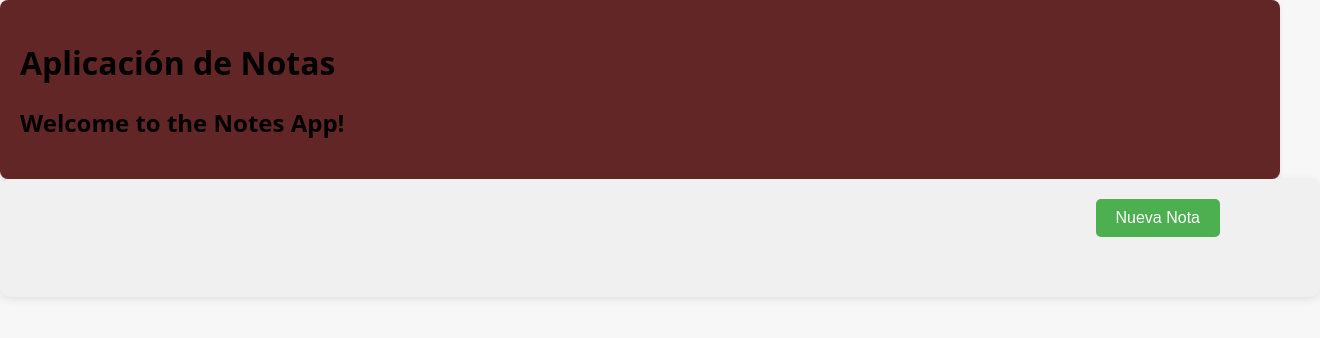
Repository: xunxuno/aplicacion_web_notas
Page: / (app in notas_web_app/)
An editor plug-in stored every save of this project. The page is shown before and after the next save, followed by the edit.
The browser window is 1280 px wide. The page is 1320 px wide, so the pictures cover 1320 px, including what lies to the right of the window. The pictures show the whole page.
The project was rebuilt for these pictures with package versions that can differ from the ones it lists, and the page was loaded fresh each time. Also part of the build but not shown: notas_web_app/vite.config.ts, notas_web_app/src/components/Note.tsx, notas_web_app/src/components/NoteCollection.tsx, notas_web_app/src/components/NoteModal.tsx.

Above is the page before, as saved 2024-10-03 12:28:16.

After the next save:
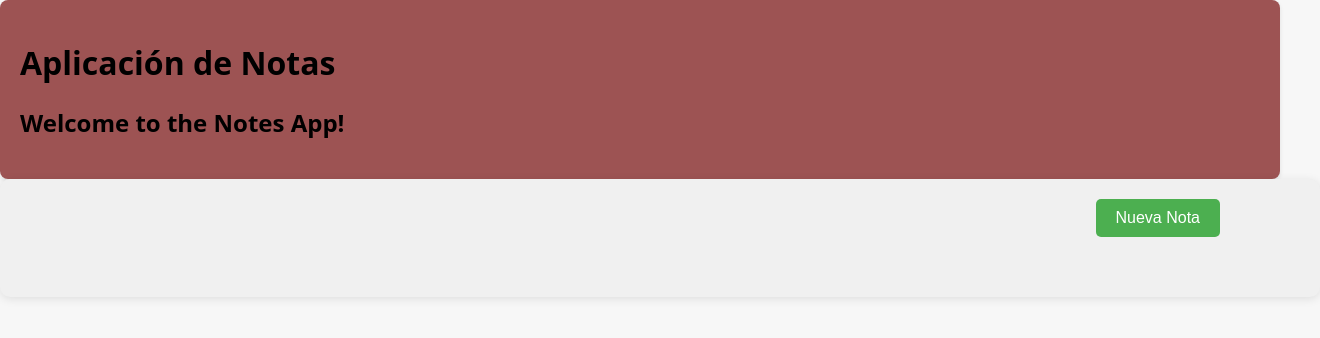
Saved 34 s later.
--- a/notas_web_app/src/components/AppBar.tsx
+++ b/notas_web_app/src/components/AppBar.tsx
@@ -3,7 +3,7 @@ import React from 'react';
 
 const AppBar: React.FC = () => {
   const appBarStyle = {
-    backgroundColor: '#632626', // Color pastel
+    backgroundColor: '#9D5353', // Color pastel
     borderRadius: '8px',
     margin: '0',
     padding: '20px',
